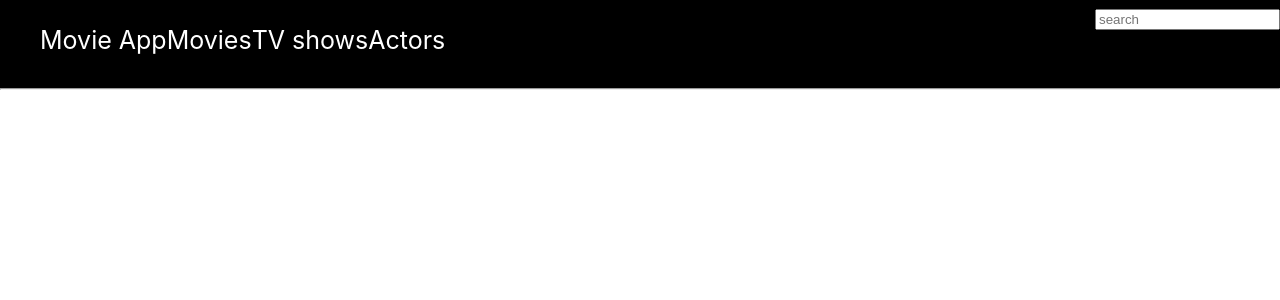
Repository: manahiang/MovieMana
Page: / (app in src/)
These files come from the project's save history. The page is drawn as it stood at one moment and after the next save; the edit follows.
The browser window is 1280 px wide. The pictures show the whole page.
The project was rebuilt for these pictures with package versions that can differ from the ones it lists, and the page was loaded fresh each time. Also part of the build but not shown: src/src/App.css.

Above is the page before, as saved 2022-11-14 10:42:30.

### src/src/index.css
body {
  margin: 0;
  font-family: -apple-system, BlinkMacSystemFont, 'Segoe UI', 'Roboto', 'Oxygen',
    'Ubuntu', 'Cantarell', 'Fira Sans', 'Droid Sans', 'Helvetica Neue',
    sans-serif;
  -webkit-font-smoothing: antialiased;
  -moz-osx-font-smoothing: grayscale;
  color: white;
}
.header{
  width: 100%;
  height: 100%;
  background-color: black;;
}
.navbar{
  display: flex;
  justify-content: space-between;
  font-size: 25px;
}
.menu ul li{
  display: inline;
  align-items: center;
  justify-content: center;
  padding: ;
}

### src/src/App.js
//import logo from './logo.svg';
import './App.css';
import  MoiveMana from'./movieMana'

function App() {
  return (
  <MoiveMana/>
  );
}

export default App;

### src/src/movieMana.js
import'./index.css'
function MoiveMana(){
    return(
        <div className="header">
            <div className="navbar">
                <div className="menu">
                    <ul>
                        <li>Movie App</li>
                        <li><a hreft="#">Movies</a></li>
                        <li><a hreft="#">TV shows</a></li>
                        <li><a hreft="#">Actors</a></li>
                    </ul>
                </div>
                <div className="search">
                    <input type="text" placeholder="search"/>
                </div>
            </div>
            <hr/>
        </div>
    )
}
export default MoiveMana;

Loaded but not shown: src/public/index.html (common file); src/src/index.js (common file); src/src/reportWebVitals.js (common file)

After the next save:
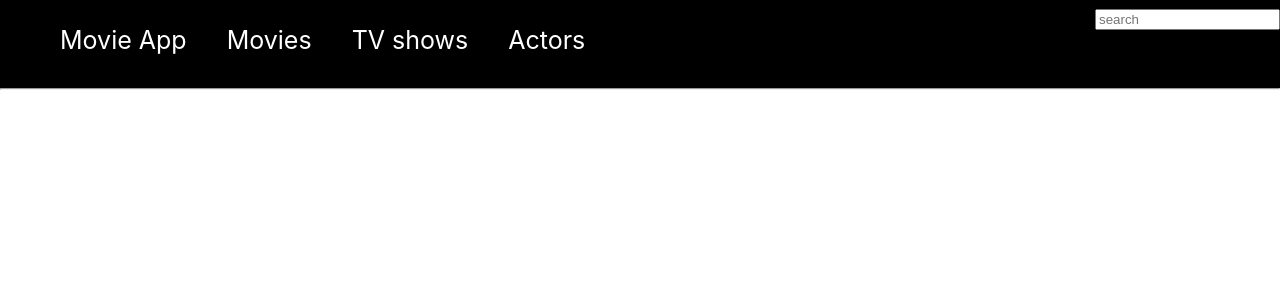
Saved 4 s later.
--- a/src/src/index.css
+++ b/src/src/index.css
@@ -21,5 +21,5 @@ body {
   display: inline;
   align-items: center;
   justify-content: center;
-  padding: ;
+  padding: 20px;
 }
